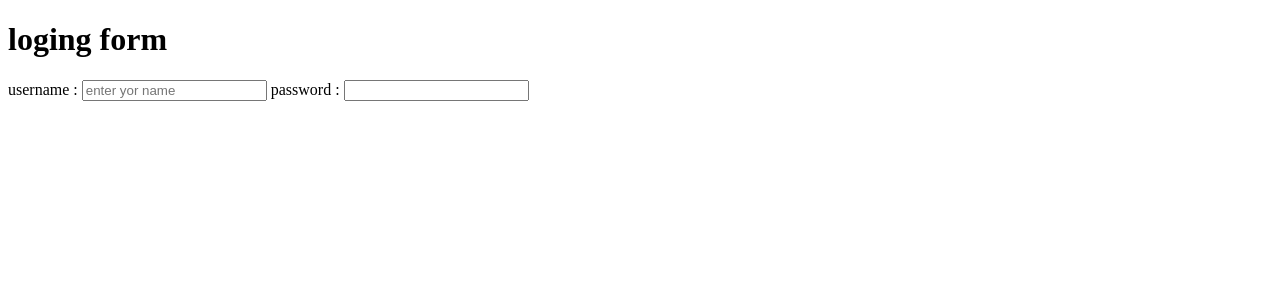
Repository: roshanpatil37407/Full_Stack_Java
Page: Roshans/src/main/webapp/loging.html
These files come from the project's save history. The page is drawn as it stood at one moment and after the next save; the edit follows.
The browser window is 1280 px wide. The pictures show the whole page.

Above is the page before, as saved 2025-09-29 09:43:45.

### Roshans/src/main/webapp/loging.html
<!DOCTYPE html>
<html>
<head>
<meta charset="UTF-8">
<title>Insert title here</title>
</head>
<body>
<h1>loging form </h1>
 username : <input type="text" name="name" placeholder="enter yor name">
 password : <input type="password">
</body>
</html>

After the next save:
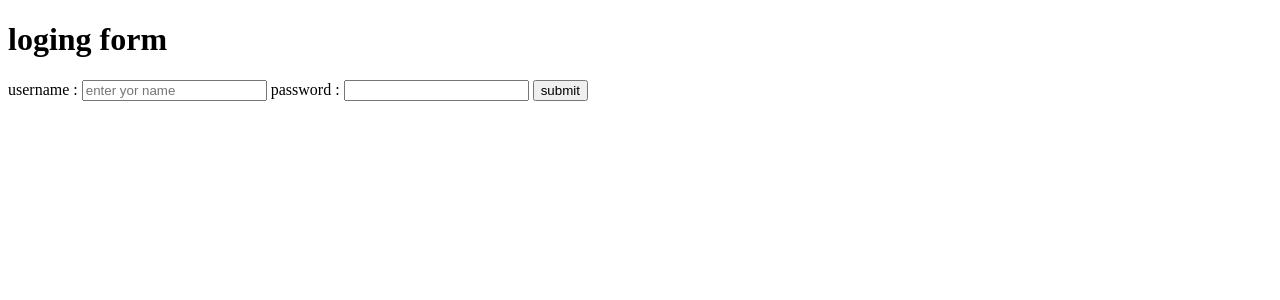
Saved 15 s later.
--- a/Roshans/src/main/webapp/loging.html
+++ b/Roshans/src/main/webapp/loging.html
@@ -8,5 +8,6 @@
 <h1>loging form </h1>
  username : <input type="text" name="name" placeholder="enter yor name">
  password : <input type="password">
+ <button>submit</button>
 </body>
 </html>
